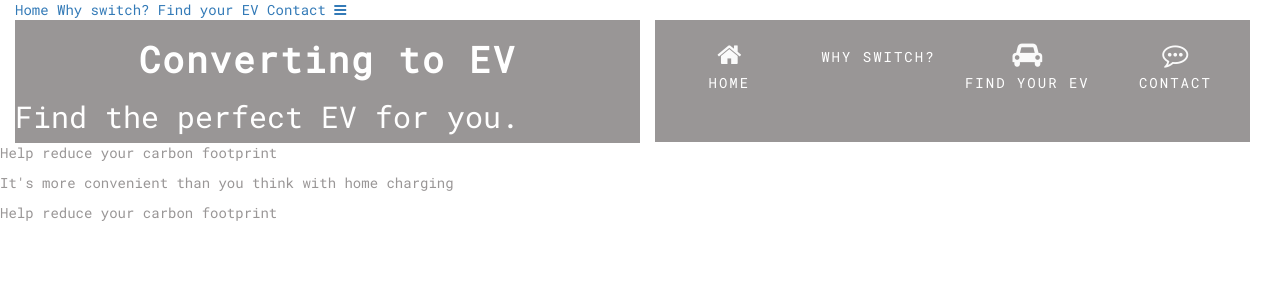
Repository: gnisco/project-2
Page: index.html
The author's editor kept a record of every edit. The page is drawn from the files as they stood at one moment, then again after the next edit.
The browser window is 1280 px wide. The pictures show the whole page.
Some web libraries are served in a nearby version.

Above is the page before.

After the next edit:
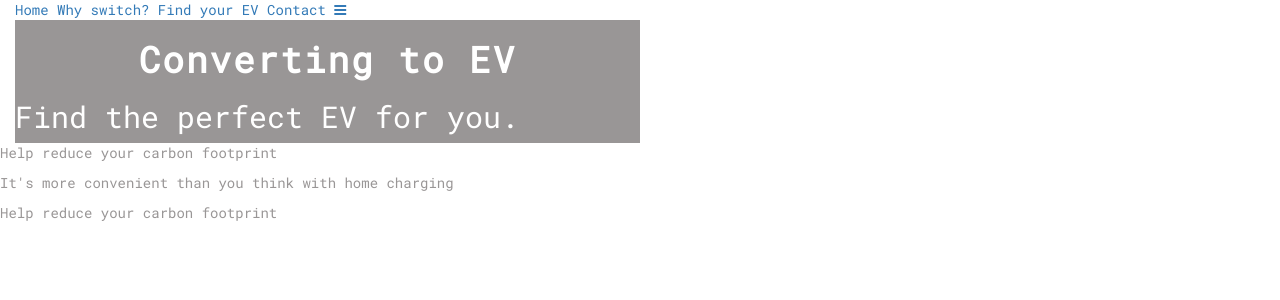
The edit:
--- a/index.html
+++ b/index.html
@@ -21,35 +21,14 @@
                   <i class="fa fa-bars"></i>
                 </a>
             </div>
-                <div class="col-md-6">
-                    <div class="row bg-color-name-title">
-                        <div class="heading">
-                            <h1 class="title">Converting to EV</h1>
-                            <h2 class="sub-title">Find the perfect EV for you.</h2>
-                        </div>
+            <div class="col-md-6">
+                <div class="row bg-color-name-title">
+                    <div class="heading">
+                        <h1 class="title">Converting to EV</h1>
+                        <h2 class="sub-title">Find the perfect EV for you.</h2>
                     </div>
                 </div>
-                <div class="col-md-6">
-                    <div class="row-no-gutters">
-                        <div class="col">
-                            <ul id="nav" class="list-inline clearfix">
-                                <li class="col-6 col-sm-3 ui-menu-color-home menuitem">
-                                    <a href="index.html" class="hvr-sweep-to-top"><i class="fa fa-home" aria-hidden="true"></i><span>Home</span></a>
-                                </li>
-                                <li class="col-6 col-sm-3 ui-menu-color-why-switch menuitem">
-                                    <a href="why-switch.html" class="hvr-sweep-to-top"><i class="fa fa-sync-alt" aria-hidden="true"></i><span>Why switch?</span></a>
-                                </li>
-                                <li class="col-6 col-sm-3 ui-menu-color-find-your-ev menuitem">
-                                    <a href="find-your-ev.html" class="hvr-sweep-to-top"><i class="fa fa-car" aria-hidden="true"></i><span>Find your EV</span></a>
-                                </li>
-                                <li class="col-6 col-sm-3 ui-menu-color-contact menuitem">
-                                    <a href="contact.html" class="hvr-sweep-to-top"><i class="fa fa-commenting-o" aria-hidden="true"></i><span>Contact</span></a>
-                                </li>
-                            </ul>
-                        </div>
-                    </div>
-                </div>
-        </div>
+            </div>
     </header>
     <section class="container-fluid">
         <div class="row bg-photo">
